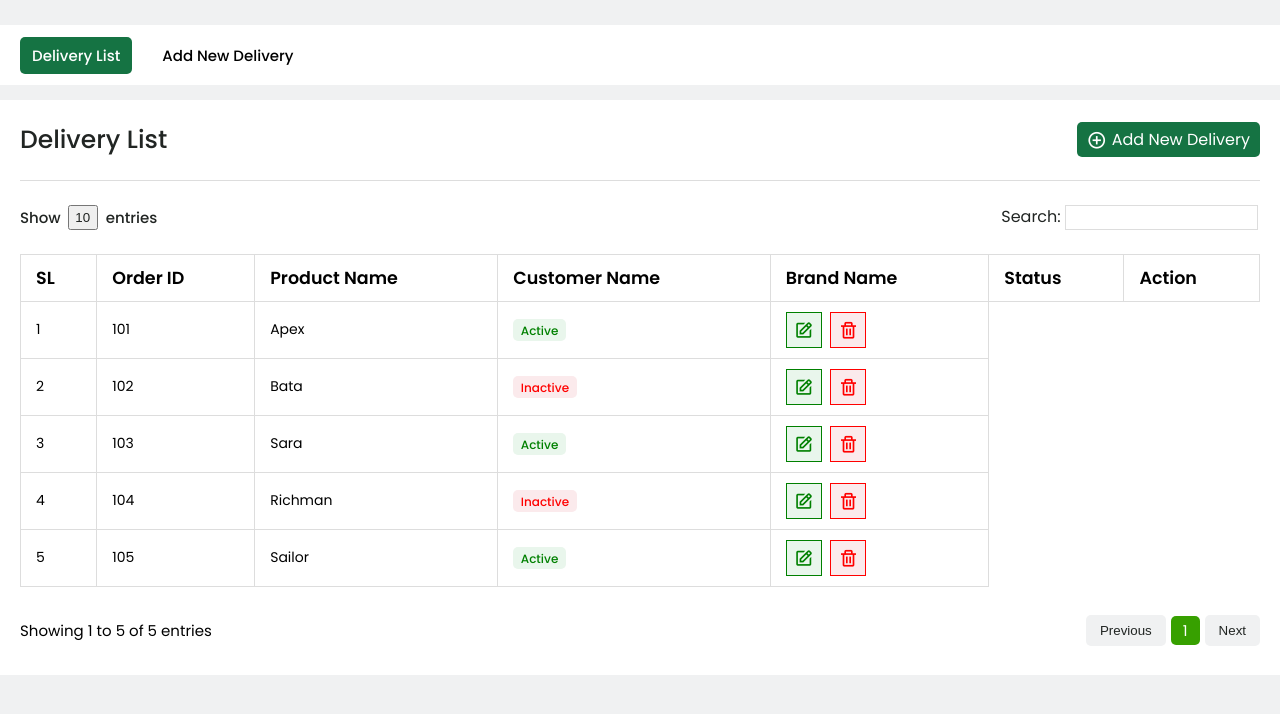
Repository: codebyaddro/delivery-page
Page: delivery.html
The author's editor kept a copy of each file at every save. The page is drawn from the files as they stood at one save, then again after a run of saves.
The browser window is 1280 px wide. The pictures show the whole page.

Above is the page before, as saved 2025-02-27 13:52:00.

After the next 3 saves:
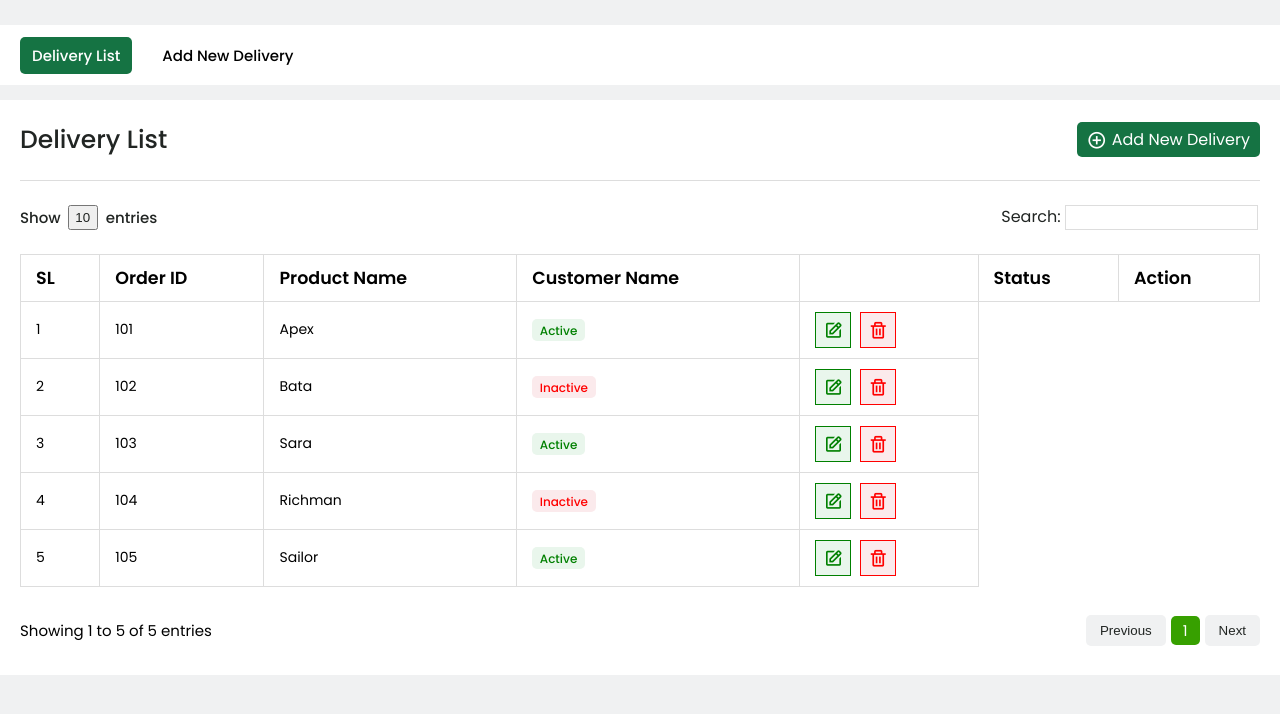
The 3 saves are shown as one change because they came seconds apart.
The last was saved 8 s later.
--- a/delivery.html
+++ b/delivery.html
@@ -48,7 +48,7 @@
                             <th title="Code">Order ID</th>
                             <th title="Code">Product Name</th>
                             <th title="Code">Customer Name</th>
-                            <th title="Category Name">Brand Name</th>
+                            <th title="Category Name"></th>
                             <th title="Status">Status</th>
                             <th title="Action">Action</th>
                         </tr>
